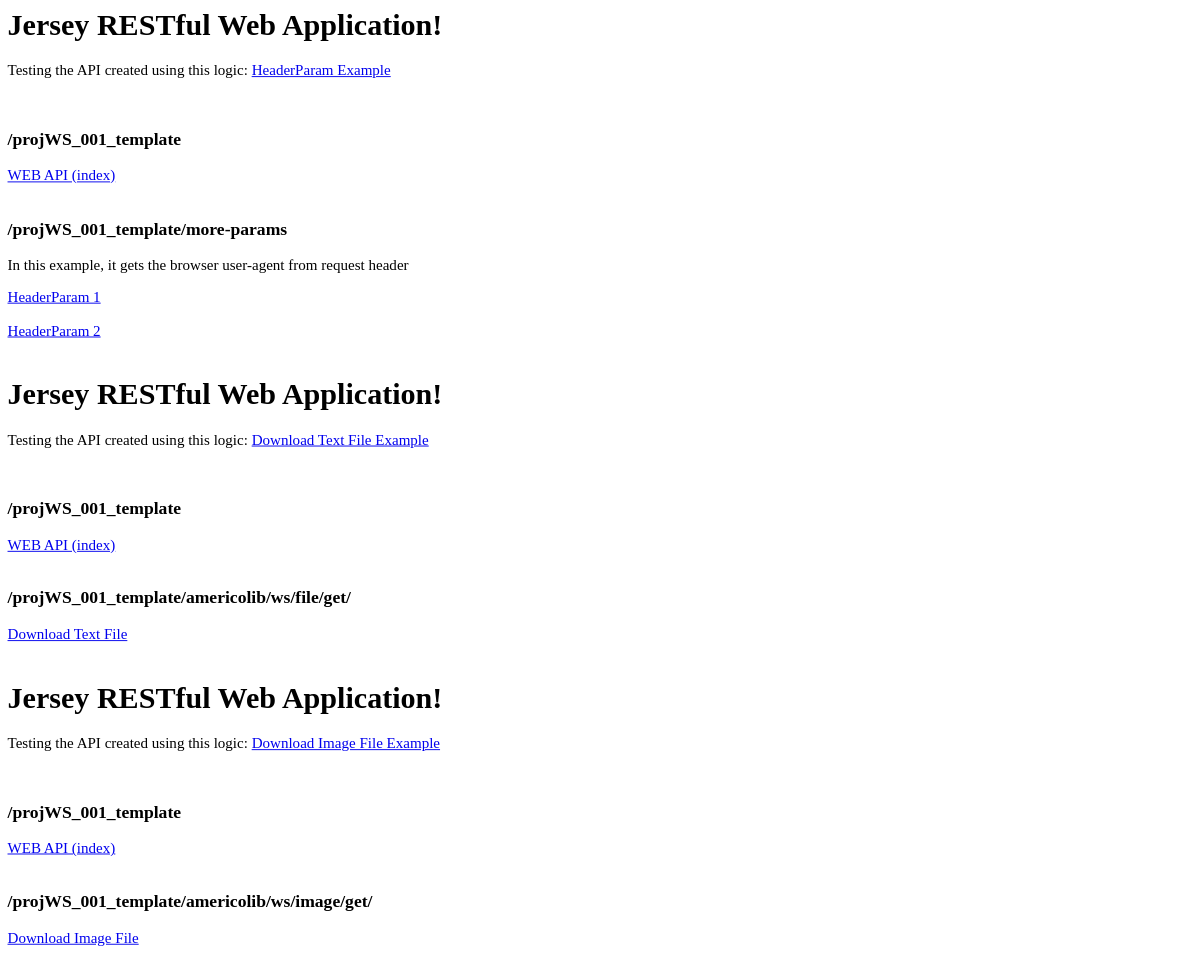
Repository: atafs/BackEnd_JAX-RS_REST_2continue
Page: http://localhost/projWS_001_template/
An editor plug-in stored every save of this project. The page is shown before and after the next save, followed by the edit.
The browser window is 1280 px wide. The pictures show the whole page, at 94% of full size.
The page is served by Tomcat 9.

Above is the page before, as saved 2016-05-03 10:38:57.

After the next save:
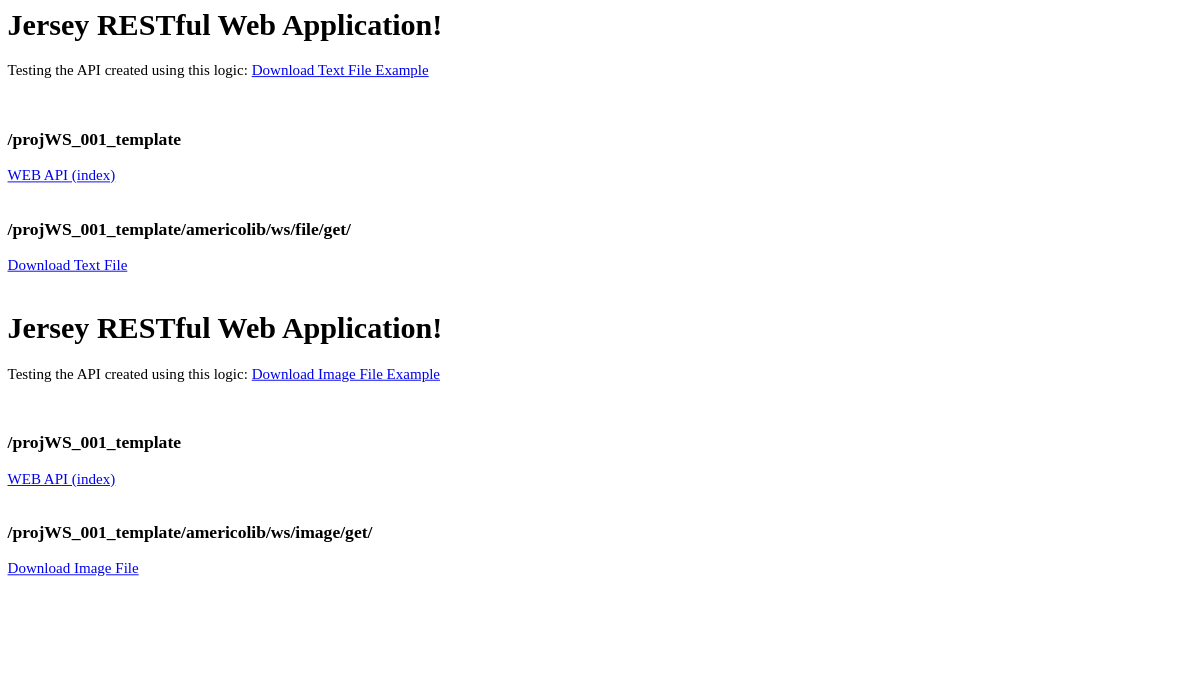
Saved 6 min 40 s later.
--- a/projWS_001_template/src/main/webapp/index.jsp
+++ b/projWS_001_template/src/main/webapp/index.jsp
@@ -3,23 +3,6 @@
 
 
 
-    <!-- Get HTTP header in JAX-RS ######################################## -->
-    <!-- TITLE -->
-	<h1>Jersey RESTful Web Application!</h1>
-
-	<!-- TXT -->
-	<p>Testing the API created using this logic:
-		<a href="http://www.mkyong.com/webservices/jax-rs/get-http-header-in-jax-rs/">HeaderParam  Example</a>
-	</p><br/>
-
-	<!-- LINKS -->
-	<h3>/projWS_001_template</h3>
-	<a href="http://localhost:8085/projWS_001_template/">WEB API (index)</a><br/><br/>
-
-	<h3>/projWS_001_template/more-params</h3>
-	<p>In this example, it gets the browser user-agent from request header</p>
-	<a href="http://localhost:8085/projWS_001_template/americolib/ws/get1/">HeaderParam 1</a><br/><br/>
-	<a href="http://localhost:8085/projWS_001_template/americolib/ws/get2/">HeaderParam 2</a><br/><br/>
 
   	<!-- Download text file from JAX-RS ######################################## -->
     <!-- TITLE -->
